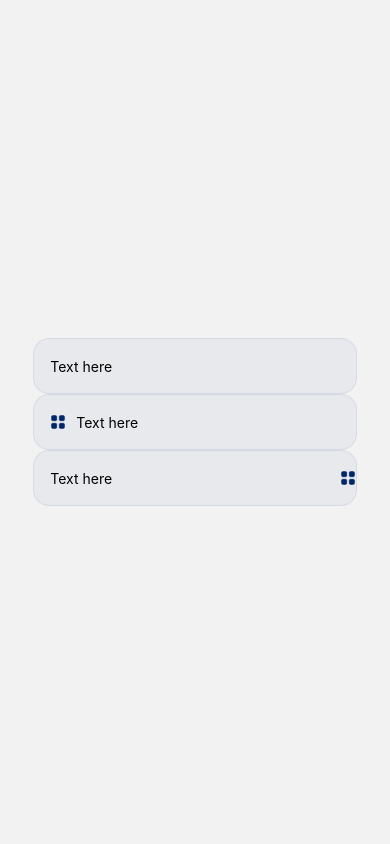
Repository: hungdomanh95/setuptheme
Screen: /HomeScreen
These files come from the project's save history. The screen is drawn as it stood at one moment and after the next save; the edit follows.
The app was drawn by React Native's web renderer in a window 390 px wide. The project was rebuilt for these pictures with package versions that can differ from the ones it lists, and the page was loaded fresh each time. Also part of the build but not shown: src/components/Fade/index.js, src/components/Slide/index.js, src/components/RNBotton/index.js, src/components/RNCheckbox/index.js.

Above is the screen before, as saved 2022-05-17 16:45:08.

After the next save:
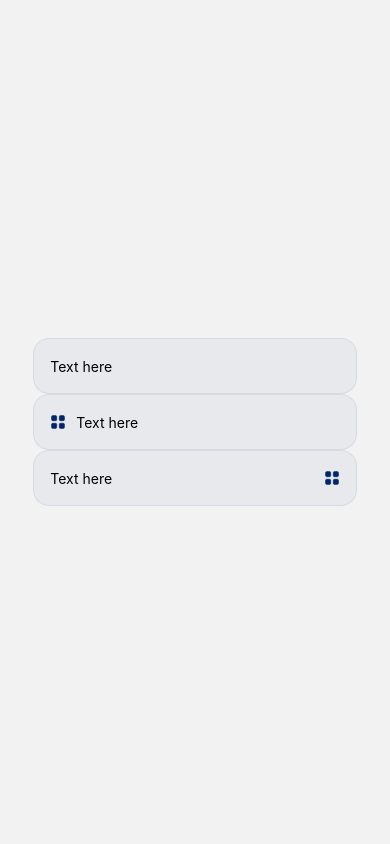
Saved 30 s later.
--- a/src/components/Input/index.js
+++ b/src/components/Input/index.js
@@ -36,6 +36,6 @@ const styles = StyleSheet.create({
     width: SIZE.iconInput,
     height: SIZE.iconInput,
     position:'absolute',
-    right:0,
+    right:SIZE.spacing,
   }
 });
